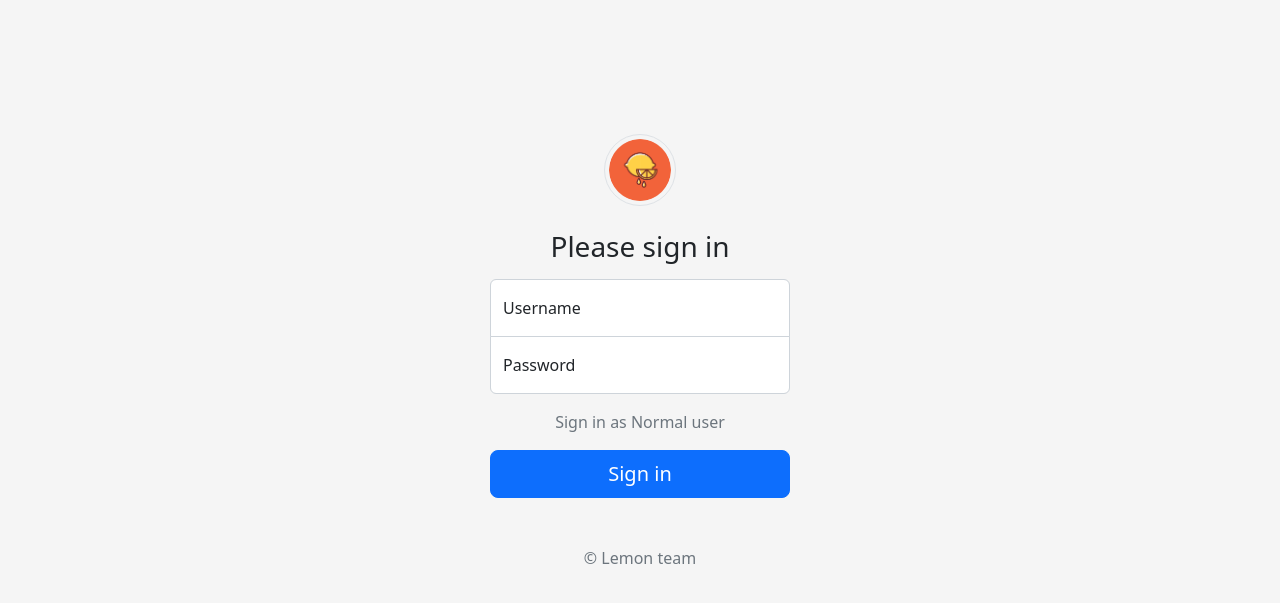
Repository: MauDucKG/BigFarm
Page: http://localhost/BigFarm/views/main/login/index.php
The author's editor kept a copy of each file at every save. The page is drawn from the files as they stood at one save, then again after the next save.
The browser window is 1280 px wide. The pictures show the whole page.
The page is run by PHP 8.4 with error messages shown; the project is at /var/www/html/.

Above is the page before, as saved 2023-04-26 22:42:24.

After the next save:
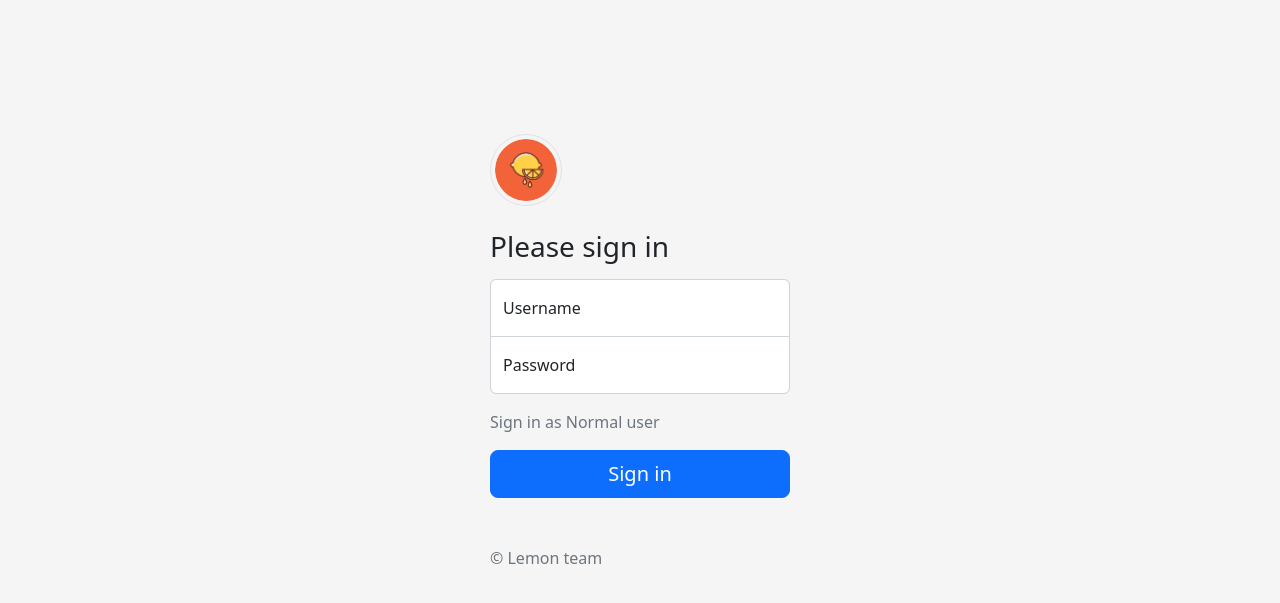
Saved 4 min 33 s later.
--- a/views/main/login/index.php
+++ b/views/main/login/index.php
@@ -9,7 +9,7 @@
 	<link rel="stylesheet" href="assets\stylesheets\login.css">
 </head>
 
-<body class="text-center">
+<body>
 	<div class="form-signin w-100 m-auto">
 		<form method="POST">
 			<img class="mb-4 border rounded-circle p-1" src="assets\images\team_logo.png" alt="" width="72" height="72">
